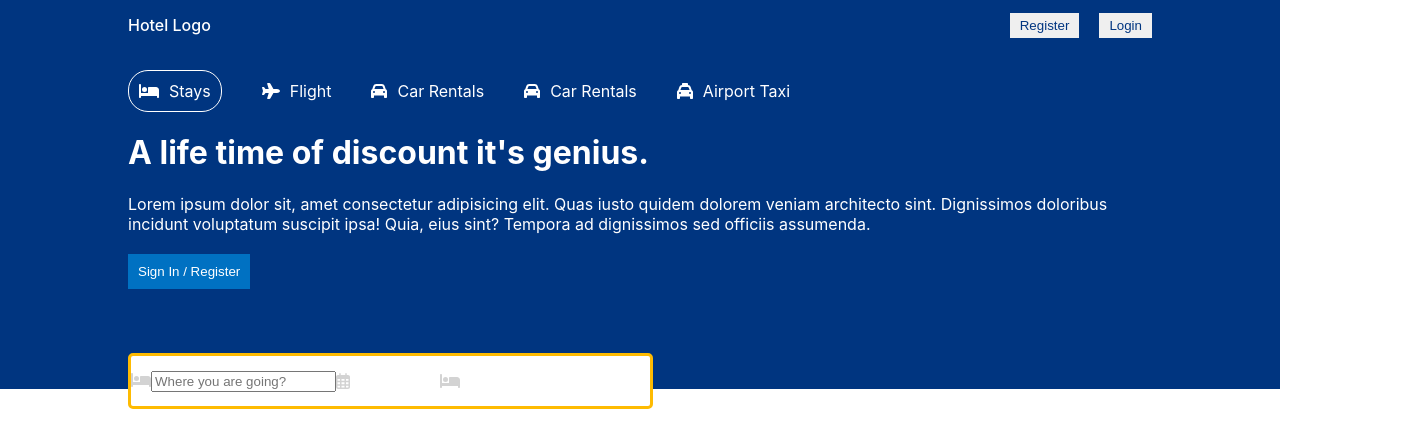
Repository: shikubro90/Booking-App
Page: /
These files come from the project's save history. The page is drawn as it stood at one moment and after a run of saves; the edit follows.
The browser window is 1280 px wide. The page is 1280 px wide, then 1414 px, so the pictures cover 1414 px, including what lies to the right of the window. The pictures show the whole page.
The project was rebuilt for these pictures with package versions that can differ from the ones it lists, and the page was loaded fresh each time. Also part of the build but not shown: src/App.css, src/pages/Hotels/Hotels.jsx. Imported but missing from the stored project, and not drawn on this page: src/pages/List/List.

Above is the page before, as saved 2022-06-29 00:30:37.

After the next 6 saves:
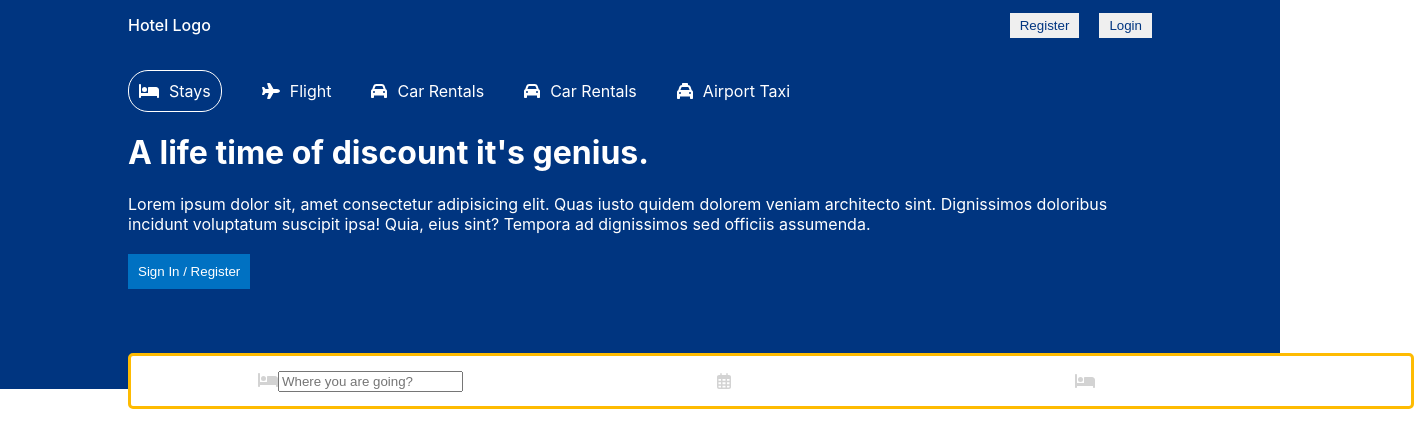
The 6 saves are shown as one change because they came seconds apart.
The last was saved 23 s later.
--- a/src/components/Header/Header.css
+++ b/src/components/Header/Header.css
@@ -52,7 +52,7 @@
     border-radius: 5px;
     position: absolute;
     bottom: -20px;
-    max-width: 1024px;
+    width: 100%;
 }
 
 .headerIcon{
